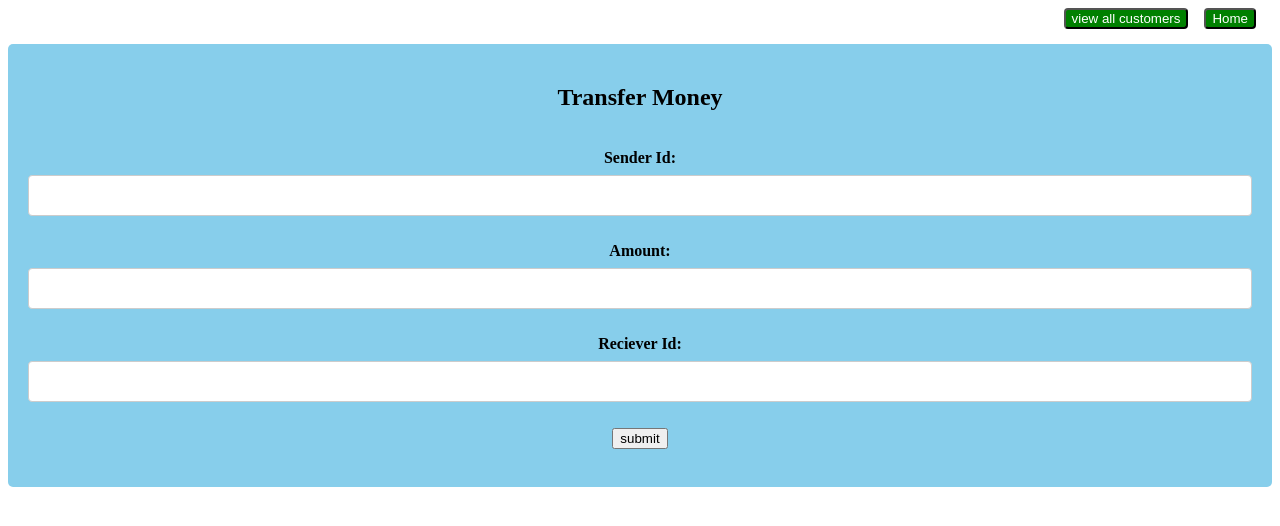
Repository: BarnalaManognaram/sparxintern
Page: sparx_internship/sparx/src/main/webapp/transfer.html
These files come from the project's save history. The page is drawn as it stood at one moment and after a run of saves; the edit follows.
The browser window is 1280 px wide. The pictures show the whole page.

Above is the page before, as saved 2021-09-19 16:35:35.

### sparx_internship/sparx/src/main/webapp/transfer.html
<!DOCTYPE html>
<html>
<head>
<meta charset="ISO-8859-1">
<title>transfer</title>
<link rel="stylesheet" href="home.css">
</head>
<body>
<a href="home.html"><button class="button1">Home</button></a>
<a href="Customer.java"><button class="button1">view all customers</button></a><br><br>
  <center>
  <div class="back">
   <h2>Transfer Money</h2><br>
    <b>Sender Id:</b><br><input  type="text" name="sid" /><br><br>
    <b>Amount:</b><br><input  type="text" name="tm"/><br><br>
    <b>Reciever Id:</b><br><input type="text" name="rid"/><br><br>
    <input type="button" value="submit"/><br><br>
    </div>
  </center>
</body>
<style>
input[type=text], select {
  width: 100%;
  padding: 12px 20px;
  margin: 8px 0;
  display: inline-block;
  border: 1px solid #ccc;
  border-radius: 4px;
  box-sizing: border-box;
}

input[type=submit] {
  width: 100%;
  background-color:skyblue;
  color: white;
  padding: 14px 20px;
  margin: 8px 0;
  border: none;
  border-radius: 4px;
  cursor: pointer;
}

input[type=submit]:hover {
  background-color: skyblue;
}

div {
  border-radius: 5px;
  background-color: skyblue;
  padding: 20px;
}
</style>
</html>

### sparx_internship/sparx/src/main/webapp/home.css
@charset "ISO-8859-1";
.button{
	background-color:green;
	color: white;
	border-radius: 8px;
		margin-left:690px;
}
.button1{
	background-color:green;
	color: white;
	border-radius: 4px;
	float: right;
	margin-right:16px;
}
.heading{
	color:green;
}
.bottom{
	background-color:skyblue;
	border-radius: 8px;

}

.table {
  font-family: arial, sans-serif;
  border-collapse: collapse;
  width: 100%;
}

.td {
  border: 1px solid #dddddd;
  text-align: left;
  padding: 8px;
}

.tr:nth-child(even) {
  background-color: #dddddd;
}

After the next 2 saves:
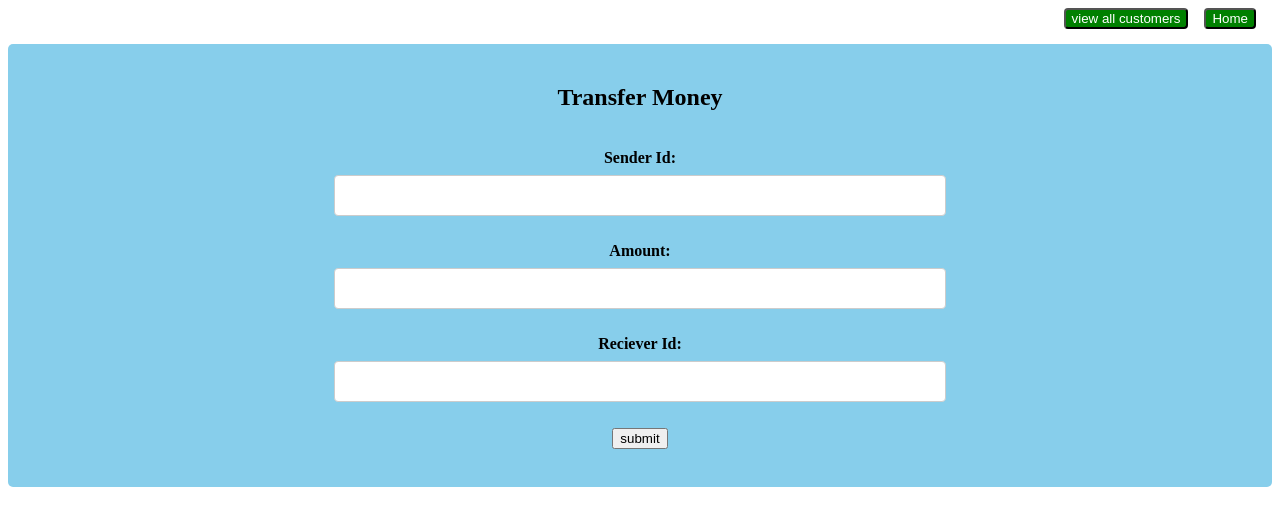
The 2 saves are shown as one change because they came seconds apart.
The last was saved 22 s later.
--- a/sparx_internship/sparx/src/main/webapp/transfer.html
+++ b/sparx_internship/sparx/src/main/webapp/transfer.html
@@ -20,7 +20,7 @@
 </body>
 <style>
 input[type=text], select {
-  width: 100%;
+  width: 50%;
   padding: 12px 20px;
   margin: 8px 0;
   display: inline-block;
@@ -30,7 +30,7 @@ input[type=text], select {
 }
 
 input[type=submit] {
-  width: 100%;
+  width: 50%;
   background-color:skyblue;
   color: white;
   padding: 14px 20px;
